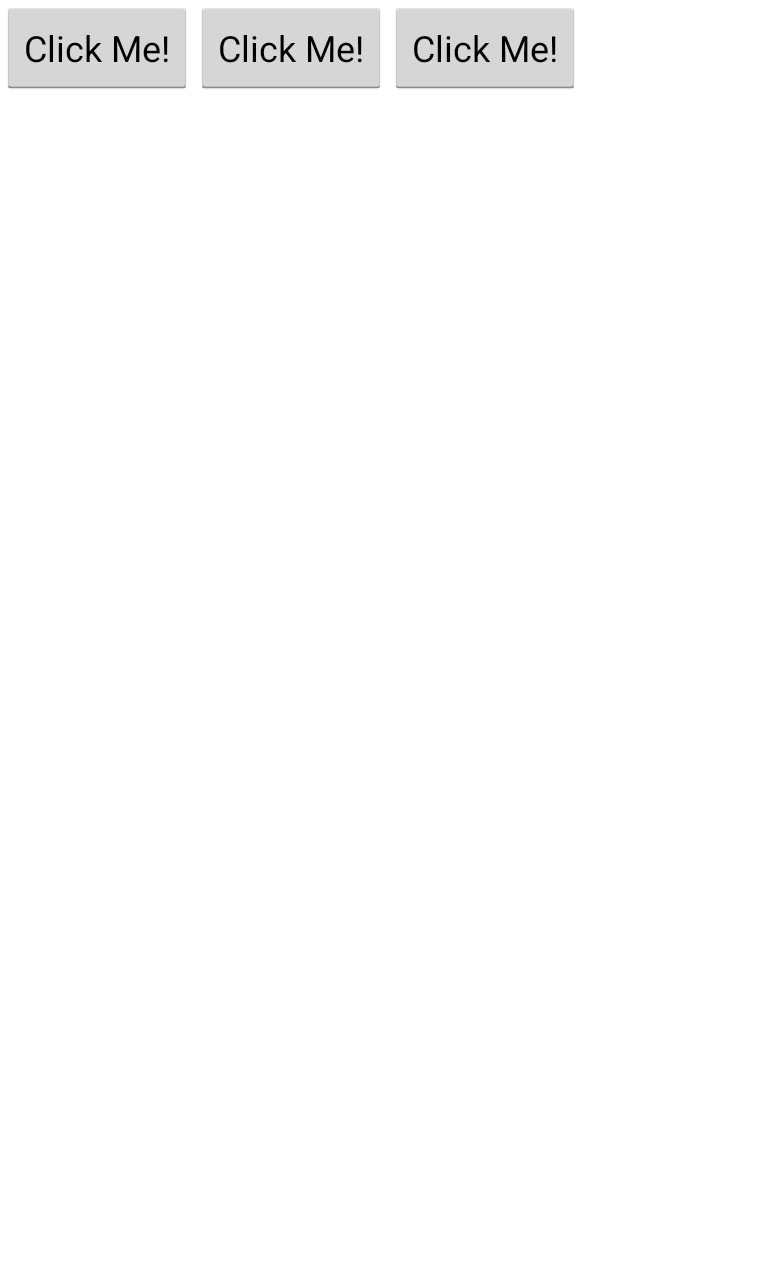
Repository: jonathansparks/Always-On-Always-Connected
Layout: LinearLayoutTest/res/layout/activity_main.xml
An editor plug-in stored every save of this project. The layout is shown before and after the next save, followed by the edit.
It is drawn on a 768 x 1280 px phone screen (xhdpi) without system bars, with theme AppTheme; the app's code is not run.

Above is the layout before, as saved 2014-02-13 23:46:20.

### LinearLayoutTest/res/layout/activity_main.xml
<LinearLayout xmlns:android="http://schemas.android.com/apk/res/android"
    android:layout_width="fill_parent"
    android:layout_height="fill_parent"
    android:orientation="vertical" >

    <LinearLayout
        android:layout_width="match_parent"
        android:layout_height="wrap_content" >

        <Button
            android:id="@+id/button1"
            android:layout_width="wrap_content"
            android:layout_height="wrap_content"
            android:text="@string/click_me" />

        <Button
            android:id="@+id/button2"
            android:layout_width="wrap_content"
            android:layout_height="wrap_content"
            android:text="@string/click_me" />

        <Button
            android:id="@+id/button3"
            android:layout_width="wrap_content"
            android:layout_height="wrap_content"
            android:text="@string/click_me" />

    </LinearLayout>

</LinearLayout>

### LinearLayoutTest/res/values/strings.xml
<?xml version="1.0" encoding="utf-8"?>
<resources>

    <string name="app_name">LinearLayoutTest</string>
    <string name="action_settings">Settings</string>
    <string name="hello_world">Hello world!</string>
    <string name="click_me">Click Me!</string>

</resources>

Loaded but not shown: LinearLayoutTest/res/values/styles.xml (common file); LinearLayoutTest/res/values-v11/styles.xml (common file); LinearLayoutTest/res/values-v14/styles.xml (common file)

After the next save:
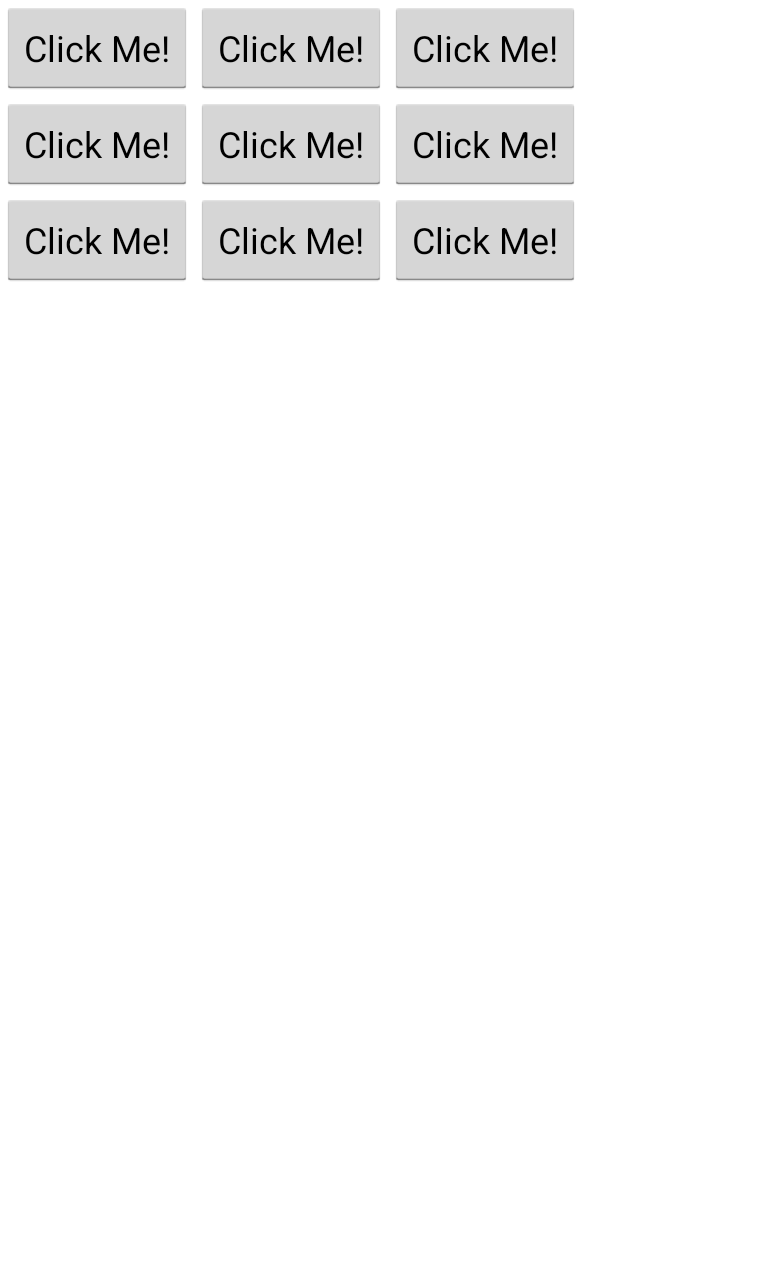
Saved 7 min 19 s later.
--- a/LinearLayoutTest/res/layout/activity_main.xml
+++ b/LinearLayoutTest/res/layout/activity_main.xml
@@ -1,7 +1,55 @@
 <LinearLayout xmlns:android="http://schemas.android.com/apk/res/android"
     android:layout_width="fill_parent"
     android:layout_height="fill_parent"
-    android:orientation="vertical" >
+    android:orientation="vertical"
+    android:layout_margin="10dp">
+
+
+    <LinearLayout
+        android:layout_width="match_parent"
+        android:layout_height="wrap_content" >
+
+        <Button
+            android:id="@+id/Button04"
+            android:layout_width="wrap_content"
+            android:layout_height="wrap_content"
+            android:text="@string/click_me" />
+
+        <Button
+            android:id="@+id/Button05"
+            android:layout_width="wrap_content"
+            android:layout_height="wrap_content"
+            android:text="@string/click_me" />
+
+        <Button
+            android:id="@+id/Button06"
+            android:layout_width="wrap_content"
+            android:layout_height="wrap_content"
+            android:text="@string/click_me" />
+    </LinearLayout>
+
+    <LinearLayout
+        android:layout_width="match_parent"
+        android:layout_height="wrap_content" >
+
+        <Button
+            android:id="@+id/Button01"
+            android:layout_width="wrap_content"
+            android:layout_height="wrap_content"
+            android:text="@string/click_me" />
+
+        <Button
+            android:id="@+id/Button02"
+            android:layout_width="wrap_content"
+            android:layout_height="wrap_content"
+            android:text="@string/click_me" />
+
+        <Button
+            android:id="@+id/Button03"
+            android:layout_width="wrap_content"
+            android:layout_height="wrap_content"
+            android:text="@string/click_me" />
+    </LinearLayout>
 
     <LinearLayout
         android:layout_width="match_parent"
